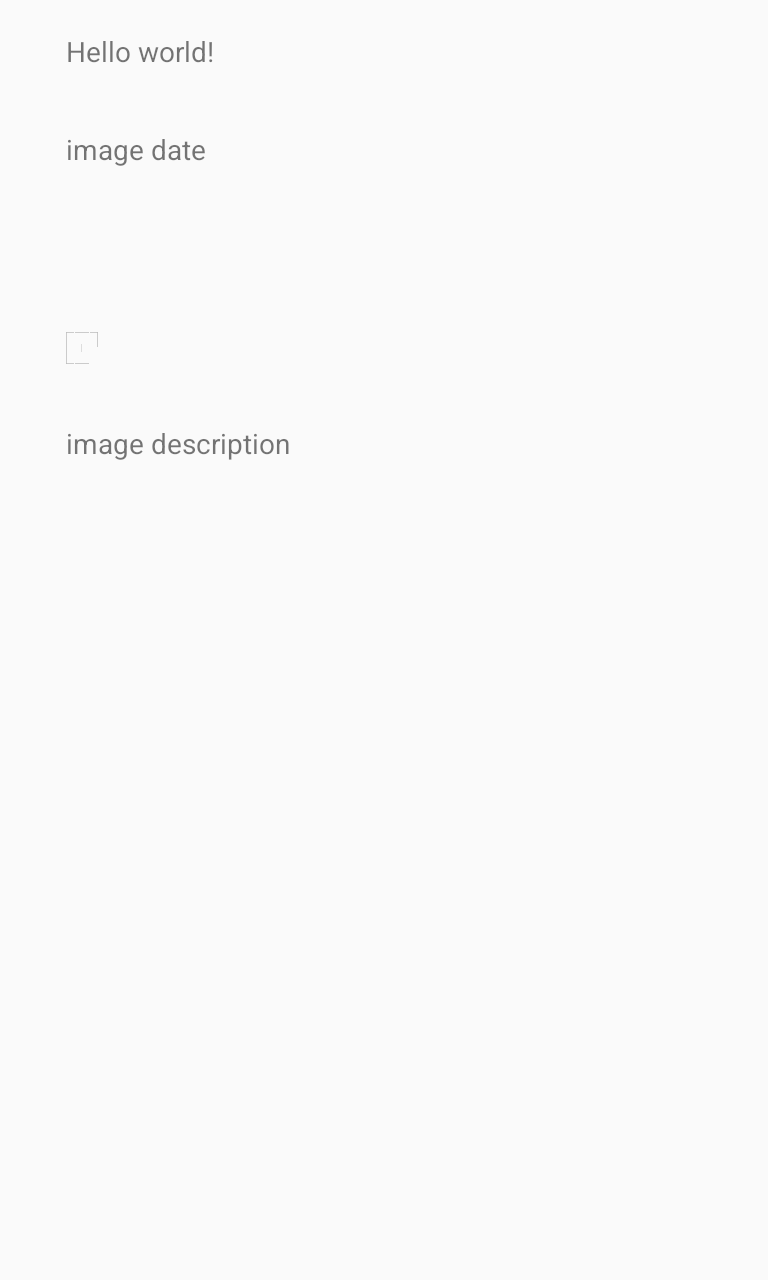
Repository: BaichaoLi/android
Layout: Nasa_E/res/layout/activity_main.xml
These files come from the project's save history. The layout is drawn as it stood at one moment and after the next save; the edit follows.
It is drawn on a 768 x 1280 px phone screen (xhdpi) without system bars, with theme AppTheme; the app's code is not run.

Above is the layout before, as saved 2015-05-20 02:42:01.

### Nasa_E/res/layout/activity_main.xml
<RelativeLayout xmlns:android="http://schemas.android.com/apk/res/android"
    xmlns:tools="http://schemas.android.com/tools"
    android:layout_width="match_parent"
    android:layout_height="match_parent"
    android:paddingBottom="@dimen/activity_vertical_margin"
    android:paddingLeft="@dimen/activity_horizontal_margin"
    android:paddingRight="@dimen/activity_horizontal_margin"
    android:paddingTop="@dimen/activity_vertical_margin"
    tools:context="com.example.nasa_e.MainActivity" >

    <LinearLayout
        android:id="@+id/linearLayout1"
        android:layout_width="wrap_content"
        android:layout_height="wrap_content"
        android:layout_marginLeft="17dp"
        android:orientation="vertical" >

        <TextView
            android:id="@+id/imageTitle"
            android:layout_width="wrap_content"
            android:layout_height="wrap_content"
            android:text="@string/hello_world" />

	    <TextView
	        android:id="@+id/iamgeDate"
	        android:layout_width="wrap_content"
	        android:layout_height="wrap_content"
	        android:layout_alignRight="@+id/linearLayout1"
	        android:layout_below="@+id/linearLayout1"
	        android:layout_marginTop="30dp"
	        android:text="image date" />



	    <ImageView
	        android:id="@+id/imageView1"
	        android:layout_width="wrap_content"
	        android:layout_height="wrap_content"
	        android:layout_alignRight="@+id/linearLayout1"
	        android:layout_below="@+id/linearLayout1"
	        android:layout_marginRight="20dp"
	        android:layout_marginTop="82dp"
	        android:src="@drawable/abc_ab_share_pack_mtrl_alpha" />

		<TextView
		    android:id="@+id/iamgeDescription"
		    android:layout_width="wrap_content"
		    android:layout_height="wrap_content"
		    android:layout_alignRight="@+id/linearLayout1"
		    android:layout_below="@+id/linearLayout1"
		    android:layout_marginTop="30dp"
		    android:text="image description" />

    </LinearLayout>

</RelativeLayout>

### Nasa_E/res/values/strings.xml
<?xml version="1.0" encoding="utf-8"?>
<resources>

    <string name="app_name">Nasa_E</string>
    <string name="hello_world">Hello world!</string>
    <string name="action_settings">Settings</string>
    <string name="refresh">Refresh</string>

</resources>

Loaded but not shown: Nasa_E/res/values/styles.xml (common file); Nasa_E/res/values-v11/styles.xml (common file); Nasa_E/res/values-v14/styles.xml (common file); Nasa_E/res/values/dimens.xml (common file); Nasa_E/res/values-w820dp/dimens.xml (common file)

After the next save:
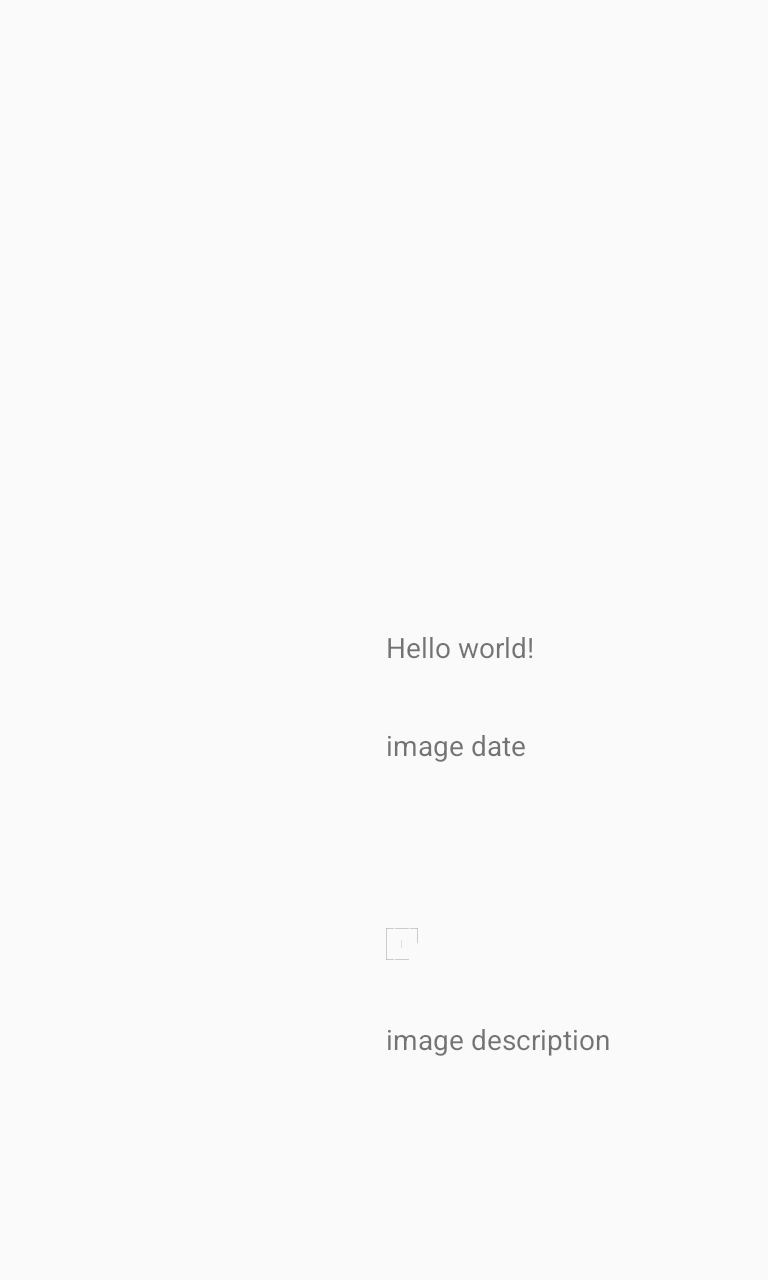
Saved 5 min 6 s later.
--- a/Nasa_E/res/layout/activity_main.xml
+++ b/Nasa_E/res/layout/activity_main.xml
@@ -8,49 +8,61 @@
     android:paddingTop="@dimen/activity_vertical_margin"
     tools:context="com.example.nasa_e.MainActivity" >
 
-    <LinearLayout
-        android:id="@+id/linearLayout1"
+
+
+    <ScrollView
+        android:id="@+id/scrollView1"
         android:layout_width="wrap_content"
         android:layout_height="wrap_content"
-        android:layout_marginLeft="17dp"
-        android:orientation="vertical" >
+        android:layout_alignParentBottom="true"
+        android:layout_alignParentRight="true"
+        android:layout_marginBottom="95dp"
+        android:layout_marginRight="63dp" >
 
-        <TextView
-            android:id="@+id/imageTitle"
-            android:layout_width="wrap_content"
-            android:layout_height="wrap_content"
-            android:text="@string/hello_world" />
-
-	    <TextView
-	        android:id="@+id/iamgeDate"
+	    <LinearLayout
+	        android:id="@+id/linearLayout1"
 	        android:layout_width="wrap_content"
 	        android:layout_height="wrap_content"
-	        android:layout_alignRight="@+id/linearLayout1"
-	        android:layout_below="@+id/linearLayout1"
-	        android:layout_marginTop="30dp"
-	        android:text="image date" />
+	        android:layout_marginLeft="17dp"
+	        android:orientation="vertical" >
+
+	        <TextView
+	            android:id="@+id/imageTitle"
+	            android:layout_width="wrap_content"
+	            android:layout_height="wrap_content"
+	            android:text="@string/hello_world" />
+
+		    <TextView
+		        android:id="@+id/iamgeDate"
+		        android:layout_width="wrap_content"
+		        android:layout_height="wrap_content"
+		        android:layout_alignRight="@+id/linearLayout1"
+		        android:layout_below="@+id/linearLayout1"
+		        android:layout_marginTop="30dp"
+		        android:text="image date" />
 
 
+		    <ImageView
+		        android:id="@+id/imageView1"
+		        android:layout_width="wrap_content"
+		        android:layout_height="wrap_content"
+		        android:layout_alignRight="@+id/linearLayout1"
+		        android:layout_below="@+id/linearLayout1"
+		        android:layout_marginRight="20dp"
+		        android:layout_marginTop="82dp"
+		        android:src="@drawable/abc_ab_share_pack_mtrl_alpha" />
 
-	    <ImageView
-	        android:id="@+id/imageView1"
-	        android:layout_width="wrap_content"
-	        android:layout_height="wrap_content"
-	        android:layout_alignRight="@+id/linearLayout1"
-	        android:layout_below="@+id/linearLayout1"
-	        android:layout_marginRight="20dp"
-	        android:layout_marginTop="82dp"
-	        android:src="@drawable/abc_ab_share_pack_mtrl_alpha" />
+			<TextView
+			    android:id="@+id/iamgeDescription"
+			    android:layout_width="wrap_content"
+			    android:layout_height="wrap_content"
+			    android:layout_alignRight="@+id/linearLayout1"
+			    android:layout_below="@+id/linearLayout1"
+			    android:layout_marginTop="30dp"
+			    android:text="image description" />
 
-		<TextView
-		    android:id="@+id/iamgeDescription"
-		    android:layout_width="wrap_content"
-		    android:layout_height="wrap_content"
-		    android:layout_alignRight="@+id/linearLayout1"
-		    android:layout_below="@+id/linearLayout1"
-		    android:layout_marginTop="30dp"
-		    android:text="image description" />
+	    </LinearLayout>
 
-    </LinearLayout>
+    </ScrollView>
 
 </RelativeLayout>
